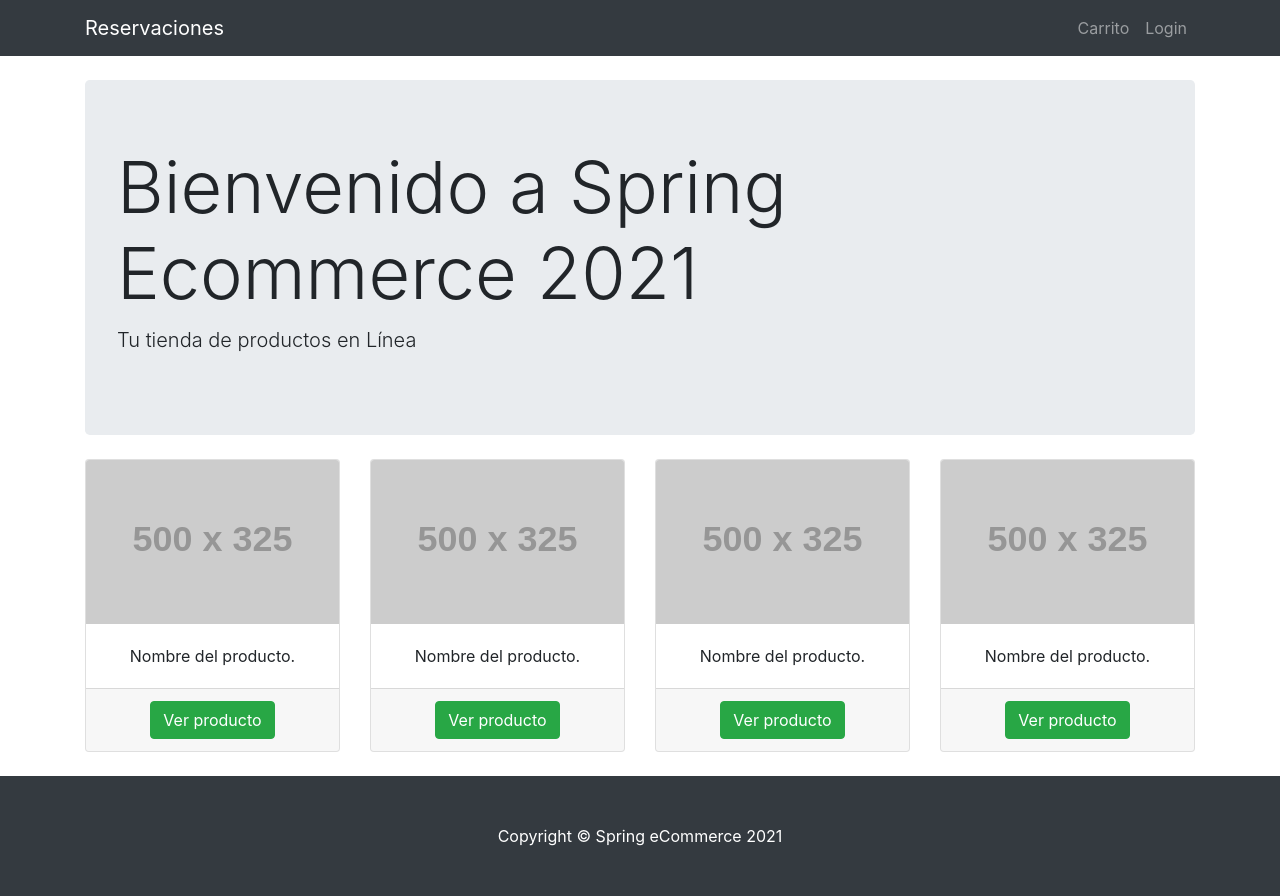
Repository: alexpool1122/Caso_Final_Laboratorio
Page: http://localhost/index
An editor plug-in stored every save of this project. The page is shown before and after the next save, followed by the edit.
The browser window is 1280 px wide. The pictures show the whole page.
The page is this project's Thymeleaf template; nobody is signed in. The template is opened directly, without the code that normally fills it, so the values that code supplies are empty.

Above is the page before, as saved 2023-11-23 09:29:38.

After the next save:
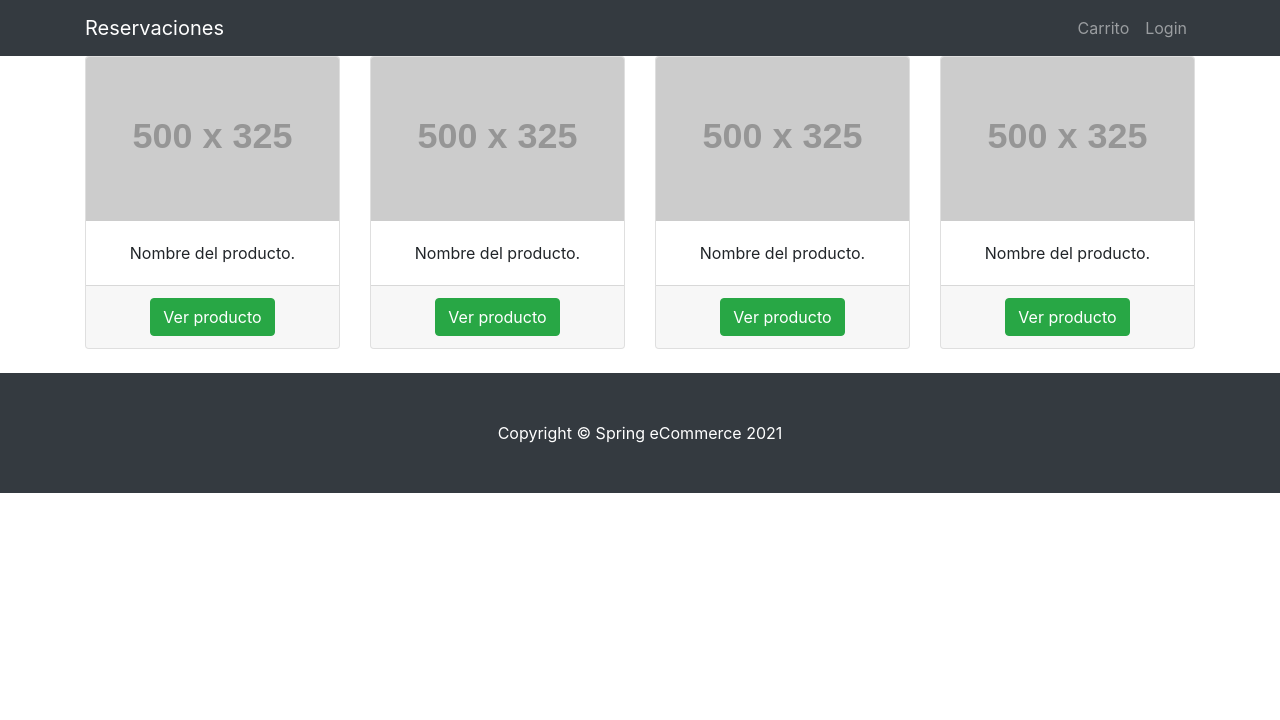
Saved 88 s later.
--- a/CasoFinal/src/main/resources/templates/index.html
+++ b/CasoFinal/src/main/resources/templates/index.html
@@ -18,16 +18,8 @@
 
 	<div th:include="templado_header_footer.html::header"></div>
 
-	<!-- Page Content -->
 	<div class="container">
 
-		<!-- Jumbotron Header -->
-		<header class="jumbotron my-4">
-			<h1 class="display-3">Bienvenido a Spring Ecommerce 2021</h1>
-			<p class="lead">Tu tienda de productos en Línea</p>
-		</header>
-
-		<!-- Page Features -->
 		<div class="row text-center">
 
 			<div class="col-lg-3 col-md-6 mb-4">
